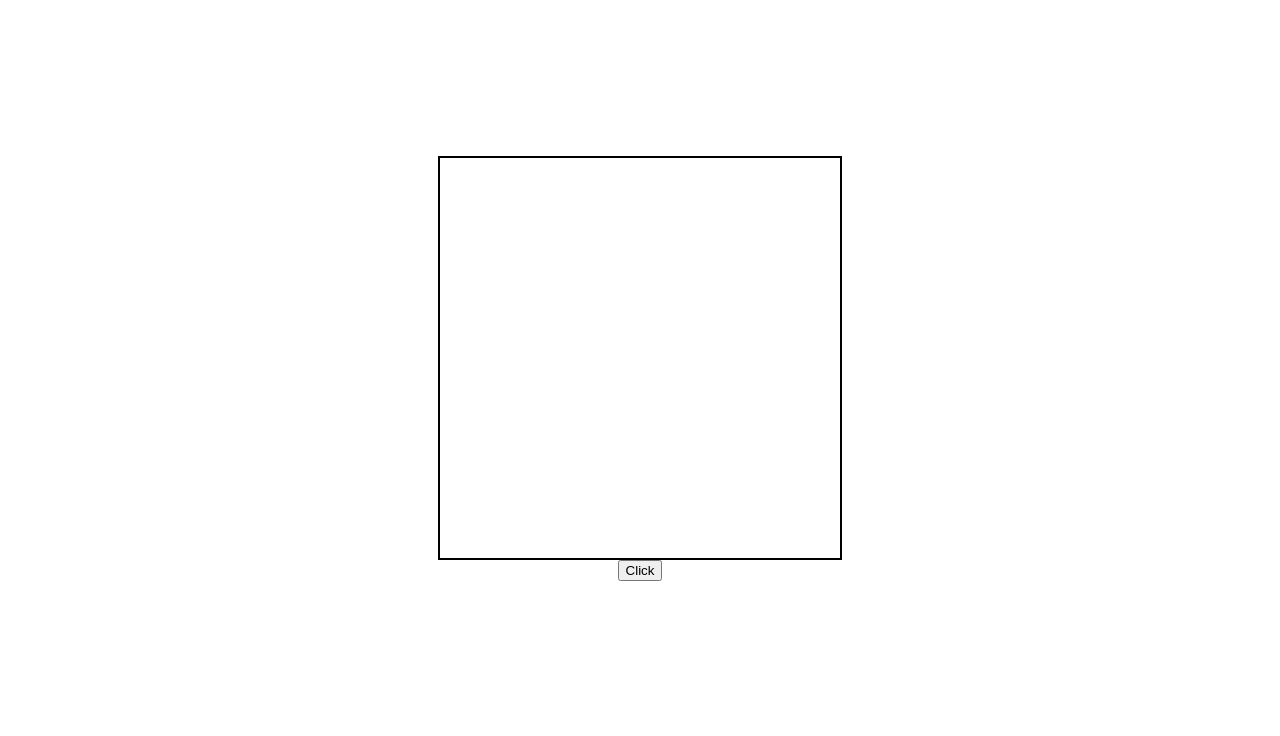
Repository: dmpelaez/photoBoothy
Page: Photobooth.html
An editor plug-in stored every save of this project. The page is shown before and after the next save, followed by the edit.
The browser window is 1280 px wide. The pictures show the whole page.

Above is the page before, as saved 2025-12-16 11:35:56.

After the next save:
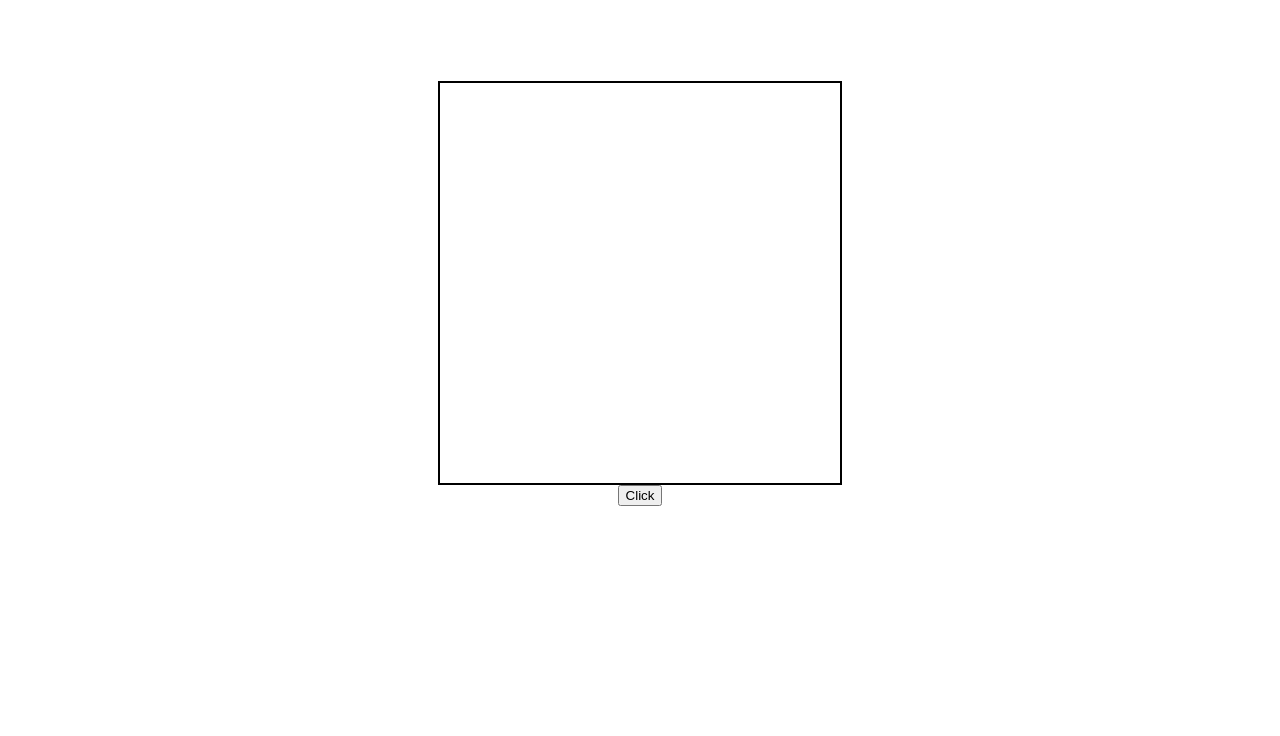
Saved 2 min 56 s later.
--- a/Photobooth.html
+++ b/Photobooth.html
@@ -12,7 +12,7 @@
 
       <video autoplay id="video"></video>
       <button id="photo-btn" >Click</button>
-
+      <canvas id="canvas-image"></canvas>
       <script src="Photobooth.js"></script>
     </body>
 
